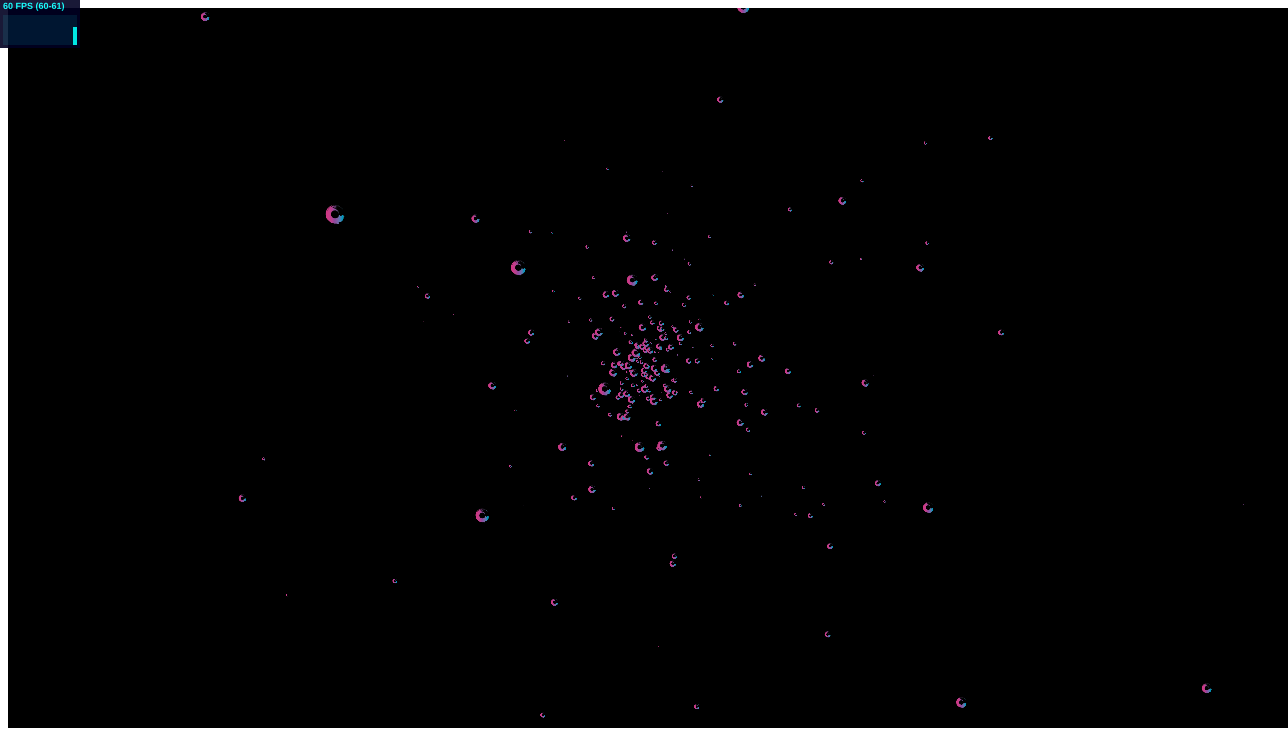
Repository: jocarsa/ThreeJSVJ
Page: index19.html
The author's editor kept a record of every edit. The page is drawn from the files as they stood at one moment, then again after the next edit.
The browser window is 1280 px wide. The page is 1288 px wide, so the pictures cover 1288 px, including what lies to the right of the window. The pictures show the whole page.

Above is the page before.

### index19.html
<html>
    <head>
        <script src="lib/three.min.js"></script>
        <script src="lib/CanvasRenderer.js"></script>
        <script src="lib/Projector.js"></script>
        <script src="lib/stats.min.js"></script>
    </head>
    <body>
        <script>
            var container;
			var camera;
			var scene;
			var renderer;
			var group;          // Grupo es un grupo de elementos (movibles)
			var particle;       // Cada una de las particulas que vamos a crear dentro de ese grupo

			init()
			animate()

			function init(){
			    container = document.createElement( 'div' );
				document.body.appendChild( container );
				camera = new THREE.PerspectiveCamera( 75, window.innerWidth / window.innerHeight, 1, 3000 );
				camera.position.z = 1000;
				scene = new THREE.Scene();



			    group = new THREE.Group(); // Ahora es un grupo de elementos de THREE
			    scene.add(group);

			    for(var i = 0;i<10000;i++){

			    }
			    var luzglobal = new THREE.AmbientLight( 0xffffff,2 );
			    scene.add( luzglobal );
			    stats = new Stats();
				container.appendChild( stats.dom );
			    renderer = new THREE.CanvasRenderer();
				renderer.setPixelRatio( window.devicePixelRatio );
				renderer.setSize( window.innerWidth, window.innerHeight );
				container.appendChild( renderer.domElement );
				setTimeout("dimelo()",1000)
			}
			var multiplicador = 0.99
			var multiplicamaterial = 1.1;
			function dimelo(){
			    //console.log(group.children[1].material.color)
			}
			function animate() {
			    if(group.children.length > 500){multiplicador = 1.2;}
			    //console.log(group.children.length)
			    for(var j = 0;j < group.children.length;j++){
			        /*group.children[j].position.x += (Math.random()-0.5)*3
			        group.children[j].position.y -= (Math.random()-0.5)*3
			        group.children[j].position.z -= (Math.random()-0.5)*3*/
			        group.children[j].position.x *= multiplicador
			        group.children[j].position.y *= multiplicador
			        group.children[j].position.z *= multiplicador
			        group.children[j].material.color *= multiplicamaterial;

			    }
			    	var program = function ( context ) {
					context.beginPath();
					context.arc( 0, 0, 4, 0, Math.PI*2, true );
					context.fill();
				};
			    // Material especial para Sprites de particulas
			        /*var material = new THREE.SpriteCanvasMaterial( {
						color: Math.random() * 0x808008 + 0x808080,
						program: program
					} );*/
					var mitextura = THREE.ImageUtils.loadTexture("log.png");
					var material = new THREE.SpriteMaterial( {
						color:0xff0000,map:mitextura,program: program
					} );
					//var material = new THREE.MeshPhongMaterial({color:0xff0000})

					particle = new THREE.Sprite( material );
					particle.position.x = Math.random() * 2000 - 1000;
					particle.position.y = Math.random() * 2000 - 1000;
					particle.position.z = Math.random() * 2000 - 1000;
					particle.scale.x = particle.scale.y = Math.random() * 20 + 0;
					group.add( particle );

				requestAnimationFrame( animate );
				render();
				stats.update();
			}
			function render() {

				camera.lookAt( scene.position );
				group.rotation.x += 0.001;
				group.rotation.y += 0.002;
				renderer.render( scene, camera );
			}
        </script>
    </body>
</html>

Loaded but not shown: lib/three.min.js (library); lib/CanvasRenderer.js (library); lib/Projector.js (library); lib/stats.min.js (common file)

After the next edit:
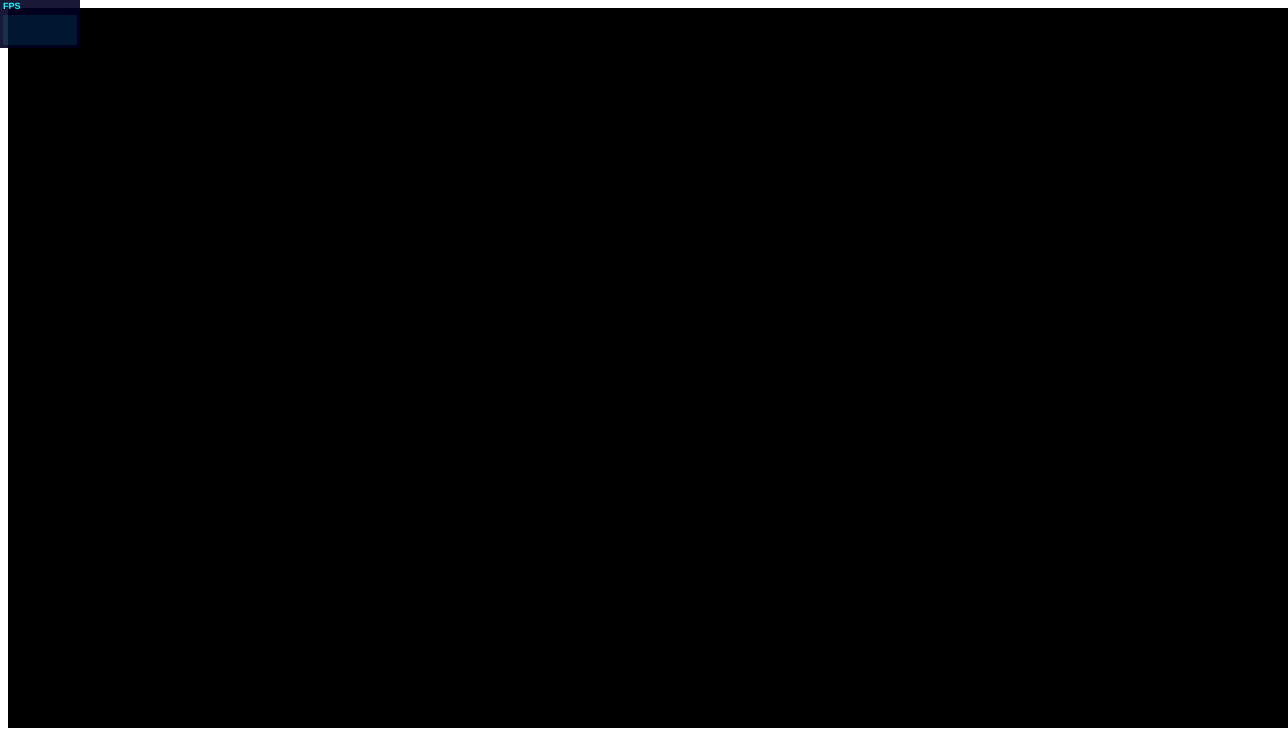
Console error: ReferenceError: program is not defined
The edit:
--- a/index19.html
+++ b/index19.html
@@ -60,11 +60,7 @@
 			        group.children[j].material.color *= multiplicamaterial;
 
 			    }
-			    	var program = function ( context ) {
-					context.beginPath();
-					context.arc( 0, 0, 4, 0, Math.PI*2, true );
-					context.fill();
-				};
+
 			    // Material especial para Sprites de particulas
 			        /*var material = new THREE.SpriteCanvasMaterial( {
 						color: Math.random() * 0x808008 + 0x808080,

After the edit that followed:
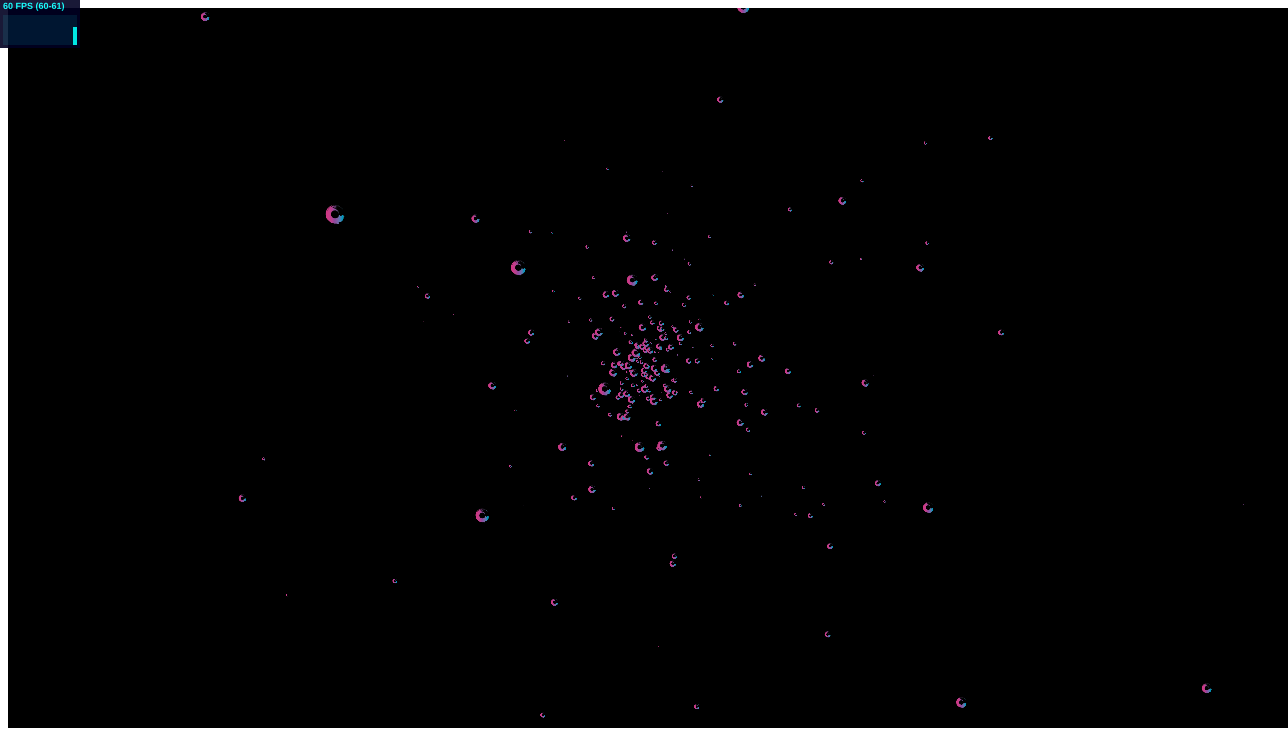
The error is gone.
The edit:
--- a/index19.html
+++ b/index19.html
@@ -47,6 +47,11 @@
 			function dimelo(){
 			    //console.log(group.children[1].material.color)
 			}
+			var program = function ( context ) {
+					context.beginPath();
+					context.arc( 0, 0, 4, 0, Math.PI*2, true );
+					context.fill();
+				};
 			function animate() {
 			    if(group.children.length > 500){multiplicador = 1.2;}
 			    //console.log(group.children.length)
